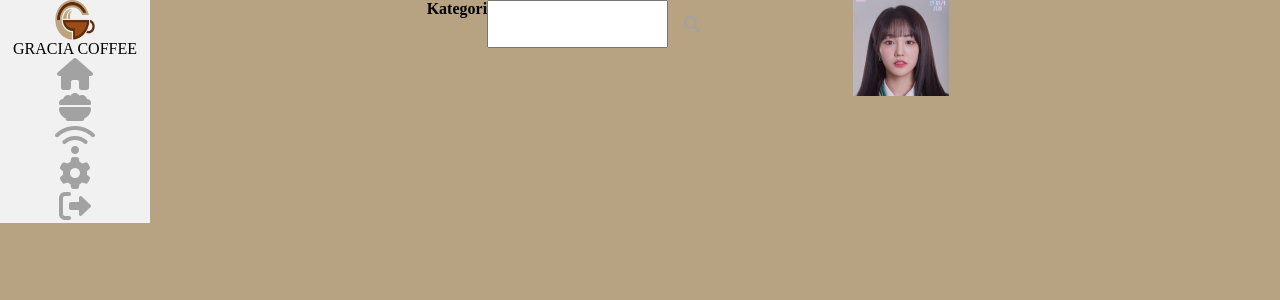
Repository: DanielChuaaa/sbd2
Page: index.html
The author's editor kept a copy of each file at every save. The page is drawn from the files as they stood at one save, then again after the next save.
The browser window is 1280 px wide. The pictures show the whole page.
Some web libraries are served in a nearby version.

Above is the page before, as saved 2023-10-20 10:12:28.

After the next save:
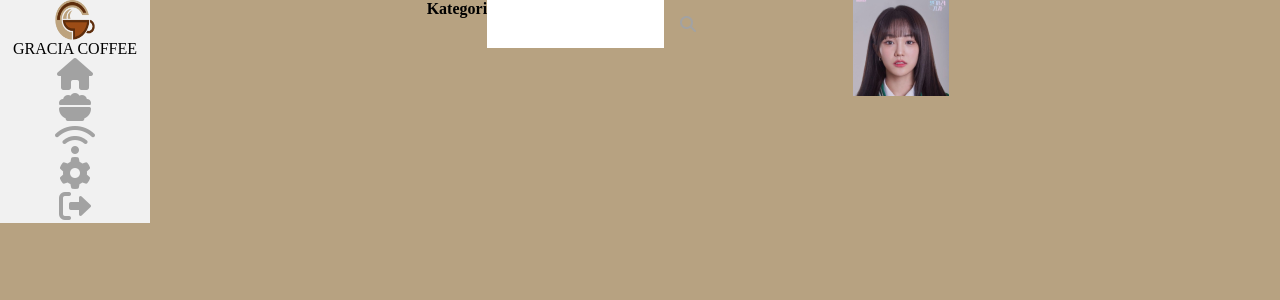
Saved 14 s later.
--- a/style.css
+++ b/style.css
@@ -46,3 +46,7 @@ body{
 .nav{
     display: flex;
 }
+
+input{
+    border: none;
+}
